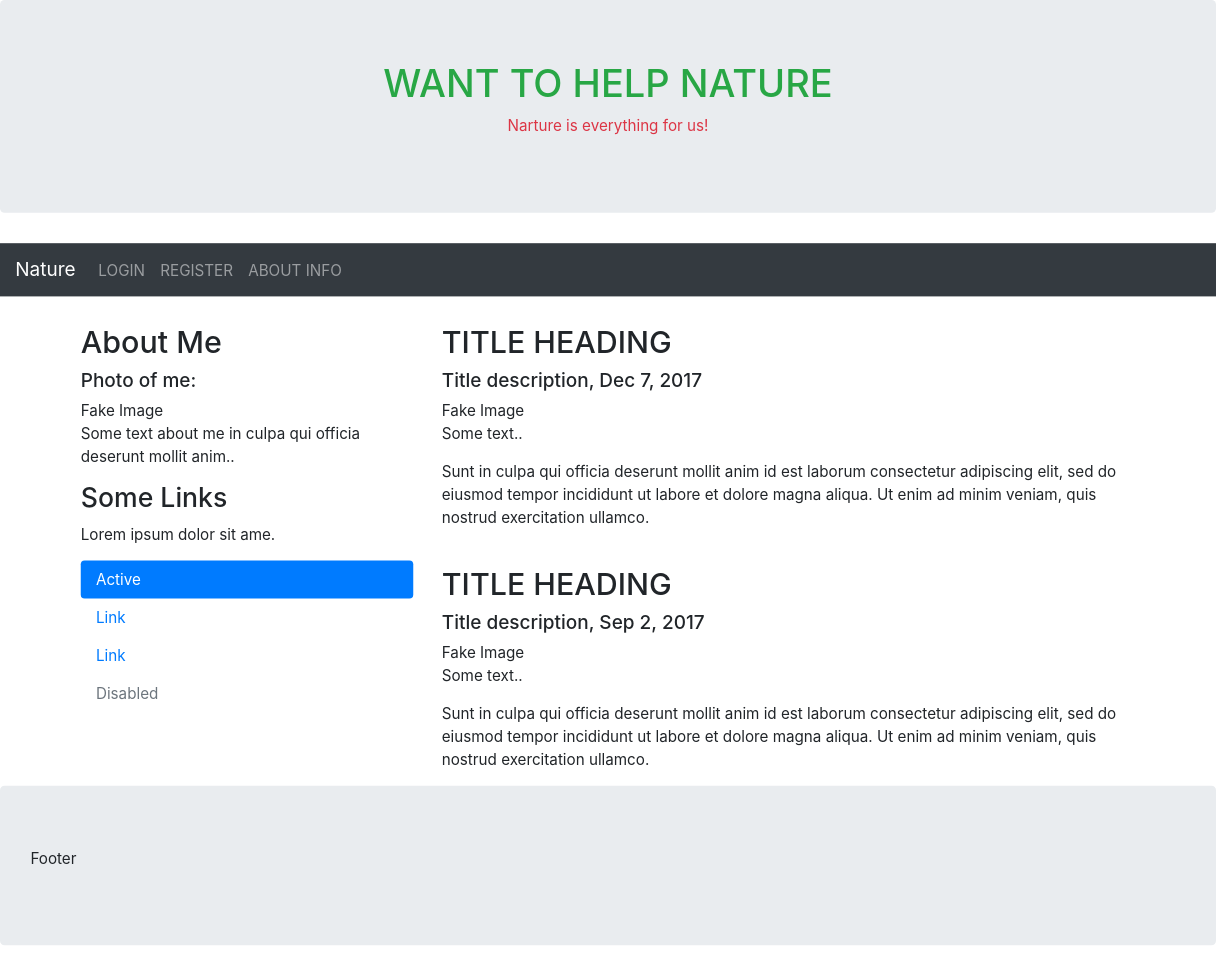
Repository: Apoorvasuswaram/cts
Page: appu/WebContent/main.html
These files come from the project's save history. The page is drawn as it stood at one moment and after the next save; the edit follows.
The browser window is 1280 px wide. The pictures show the whole page, at 95% of full size.

Above is the page before, as saved 2020-01-18 11:49:30.

### appu/WebContent/main.html
<!DOCTYPE html>
<html lang="en">
<head>
  <title>WANT TO HELP NATURE</title>
  <meta charset="utf-8">
  <meta name="viewport" content="width=device-width, initial-scale=1">
  <link rel="stylesheet" href="https://maxcdn.bootstrapcdn.com/bootstrap/4.4.1/css/bootstrap.min.css">
  <script src="https://ajax.googleapis.com/ajax/libs/jquery/3.4.1/jquery.min.js"></script>
  <script src="https://cdnjs.cloudflare.com/ajax/libs/popper.js/1.16.0/umd/popper.min.js"></script>
  <script src="https://maxcdn.bootstrapcdn.com/bootstrap/4.4.1/js/bootstrap.min.js"></script>
  <style>
  .fakeimg{
  .rounded_circle {
  <img src="beautiful.jpg" class="rounded-circle" alt="Nature" width="304" height="236">
    height: 200px;
    background: #aaa;
  }
  }
  </style>
</head>
<body>

<div class="jumbotron text-center text-danger" style="margin-bottom:10" >
  <h1 class="text-success">WANT TO HELP NATURE</h1>
  <p>Narture is everything for us!</p>
</div>

<nav class="navbar navbar-expand-sm bg-dark navbar-dark">
  <a class="navbar-brand" href="">Nature</a>
  <button class="navbar-toggler" type="button" data-toggle="collapse" data-target="#collapsibleNavbar">
    <span class="navbar-toggler-icon"></span>
  </button>
  <div class="collapse navbar-collapse" id="collapsibleNavbar">
    <ul class="navbar-nav">
      <li class="nav-item">
        <a class="nav-link" href="a.html">LOGIN</a>
      </li>
      <li class="nav-item">
        <a class="nav-link" href="b.html">REGISTER</a>
      </li>
      <li class="nav-item">
        <a class="nav-link" href="c.html">ABOUT INFO</a>
      </li>
    </ul>
  </div>
</nav>

<div class="container" style="margin-top:30px">
  <div class="row">
    <div class="col-sm-4">
      <h2>About Me</h2>
      <h5>Photo of me:</h5>
      <div class="fakeimg">Fake Image</div>
      <p>Some text about me in culpa qui officia deserunt mollit anim..</p>
      <h3>Some Links</h3>
      <p>Lorem ipsum dolor sit ame.</p>
      <ul class="nav nav-pills flex-column">
        <li class="nav-item">
          <a class="nav-link active" href="#">Active</a>
        </li>
        <li class="nav-item">
          <a class="nav-link" href="#">Link</a>
        </li>
        <li class="nav-item">
          <a class="nav-link" href="#">Link</a>
        </li>
        <li class="nav-item">
          <a class="nav-link disabled" href="#">Disabled</a>
        </li>
      </ul>
      <hr class="d-sm-none">
    </div>
    <div class="col-sm-8">
      <h2>TITLE HEADING</h2>
      <h5>Title description, Dec 7, 2017</h5>
      <div class="fakeimg">Fake Image</div>
      <p>Some text..</p>
      <p>Sunt in culpa qui officia deserunt mollit anim id est laborum consectetur adipiscing elit, sed do eiusmod tempor incididunt ut labore et dolore magna aliqua. Ut enim ad minim veniam, quis nostrud exercitation ullamco.</p>
      <br>
      <h2>TITLE HEADING</h2>
      <h5>Title description, Sep 2, 2017</h5>
      <div class="fakeimg">Fake Image</div>
      <p>Some text..</p>
      <p>Sunt in culpa qui officia deserunt mollit anim id est laborum consectetur adipiscing elit, sed do eiusmod tempor incididunt ut labore et dolore magna aliqua. Ut enim ad minim veniam, quis nostrud exercitation ullamco.</p>
    </div>
  </div>
</div>

<div class="jumbotron" style="margin-top:10">
  <p>Footer</p>
</div>

</body>
</html>

After the next save:
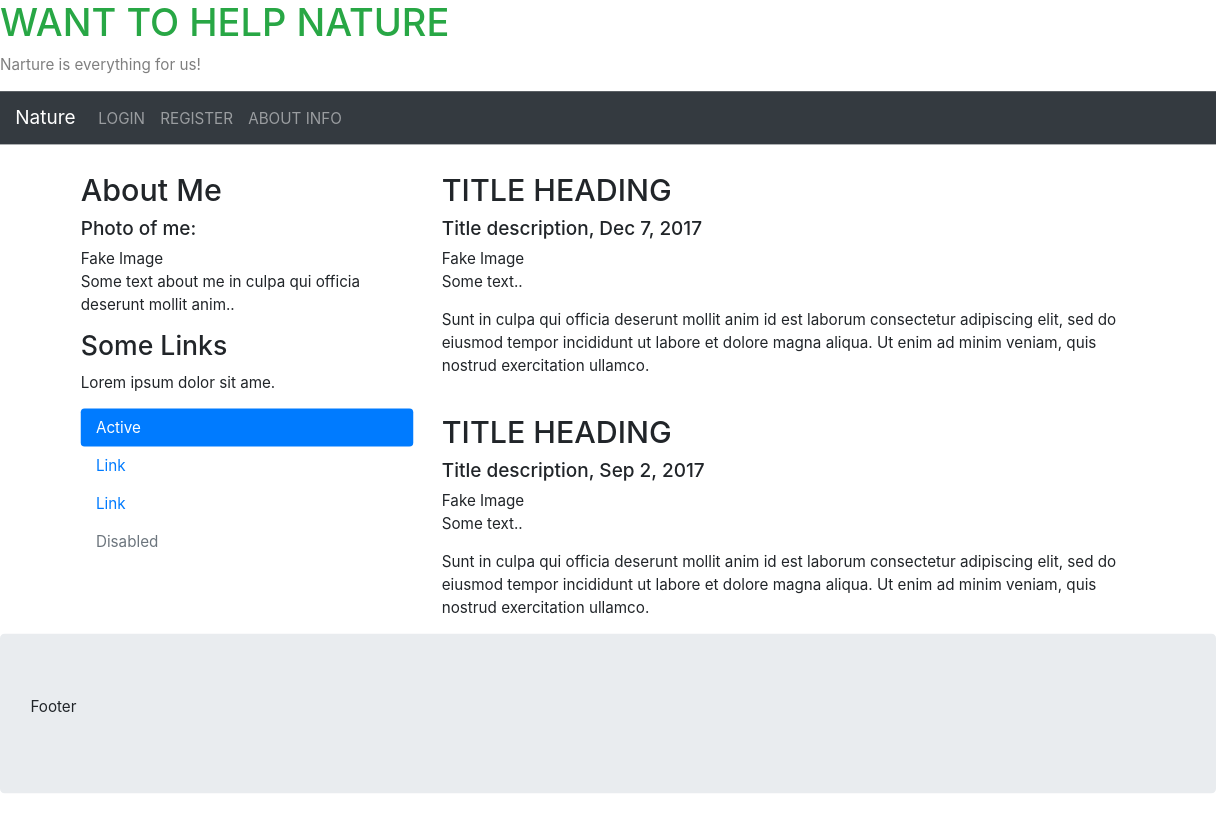
Saved 51 s later.
--- a/appu/WebContent/main.html
+++ b/appu/WebContent/main.html
@@ -20,7 +20,7 @@
 </head>
 <body>
 
-<div class="jumbotron text-center text-danger" style="margin-bottom:10" >
+<div class="text-black-50" class="jumbotron text-center text-danger" style="margin-bottom:10" >
   <h1 class="text-success">WANT TO HELP NATURE</h1>
   <p>Narture is everything for us!</p>
 </div>
